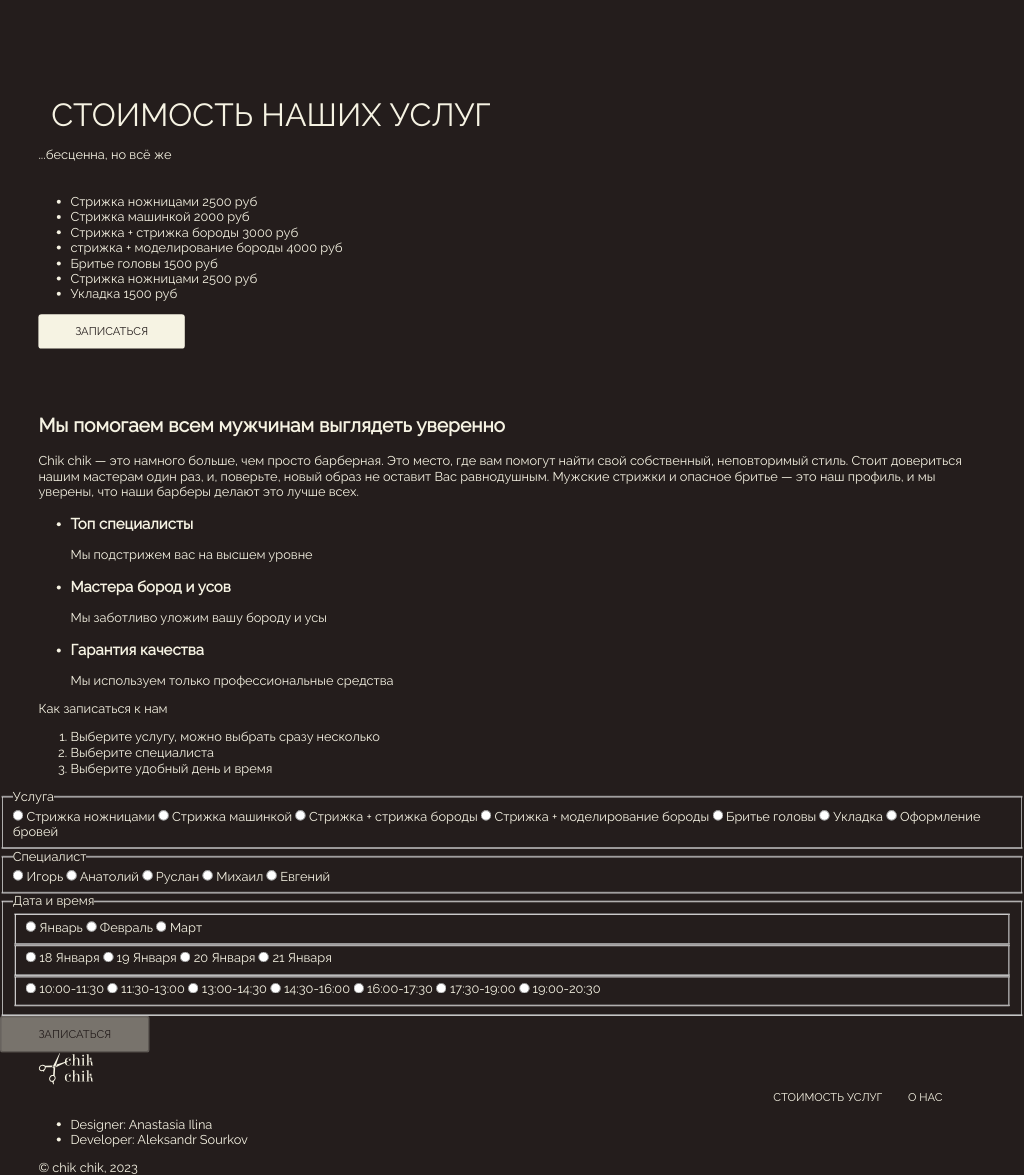
Repository: alexboagreek/chick-chick
Page: index.html
These files come from the project's save history. The page is drawn as it stood at one moment and after the next save; the edit follows.
The browser window is 1280 px wide. The pictures show the part of the page from y = 646 to 2115 px (the page is 2115 px tall before and 2099 px after), at 80% of full size.
A picture or video elsewhere on the page could not be fetched, so the positions and the page height are approximate.

Above is the page before, as saved 2023-01-18 17:23:45.

After the next save:
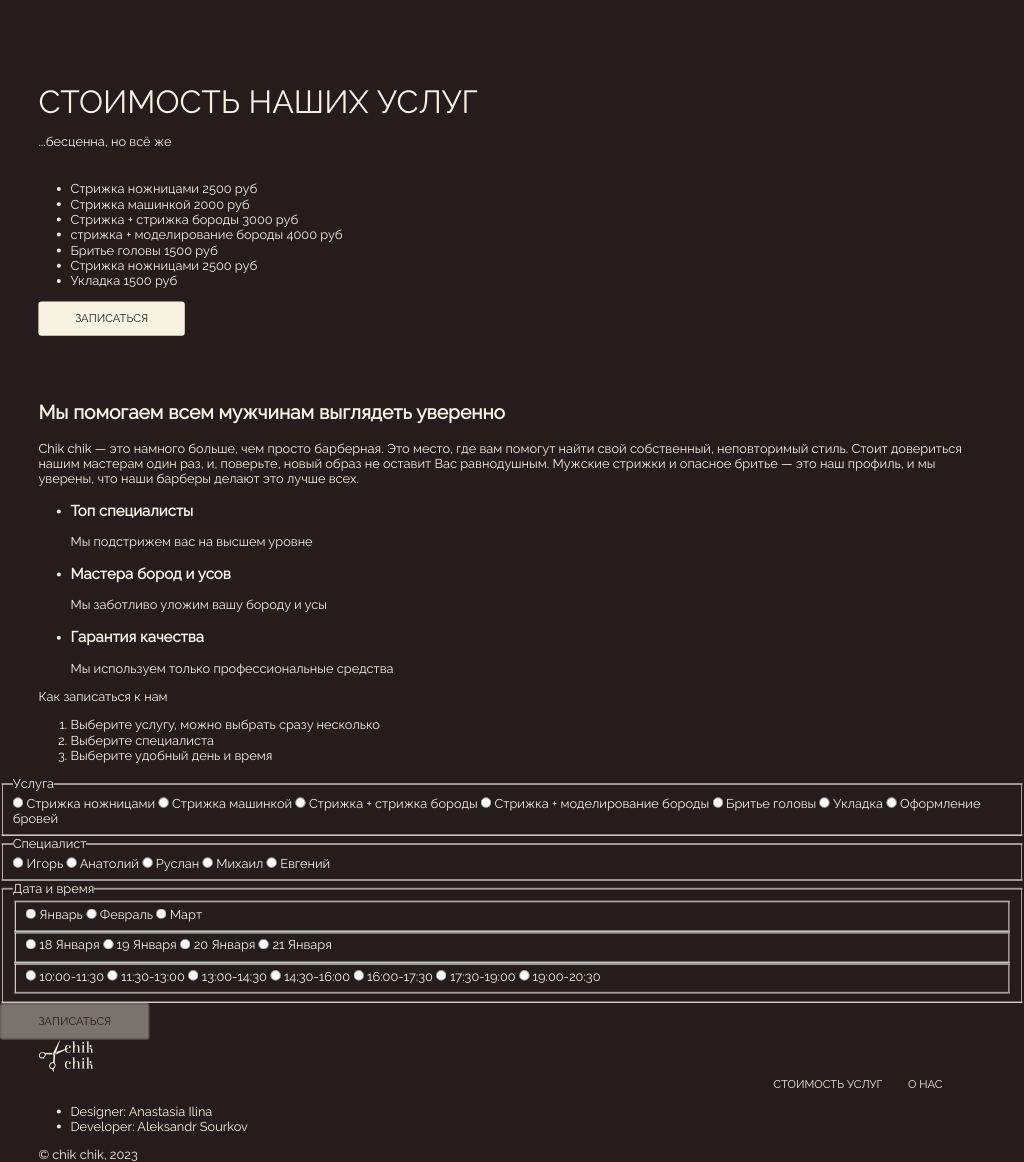
Saved 4 s later.
--- a/styles/price.css
+++ b/styles/price.css
@@ -6,7 +6,7 @@
     font-weight: 400;
     font-size: 40px;
     text-transform: uppercase;
-    margin: 16px;
+    margin: 0 0 16px;
 }
 
 .price__tagline {
